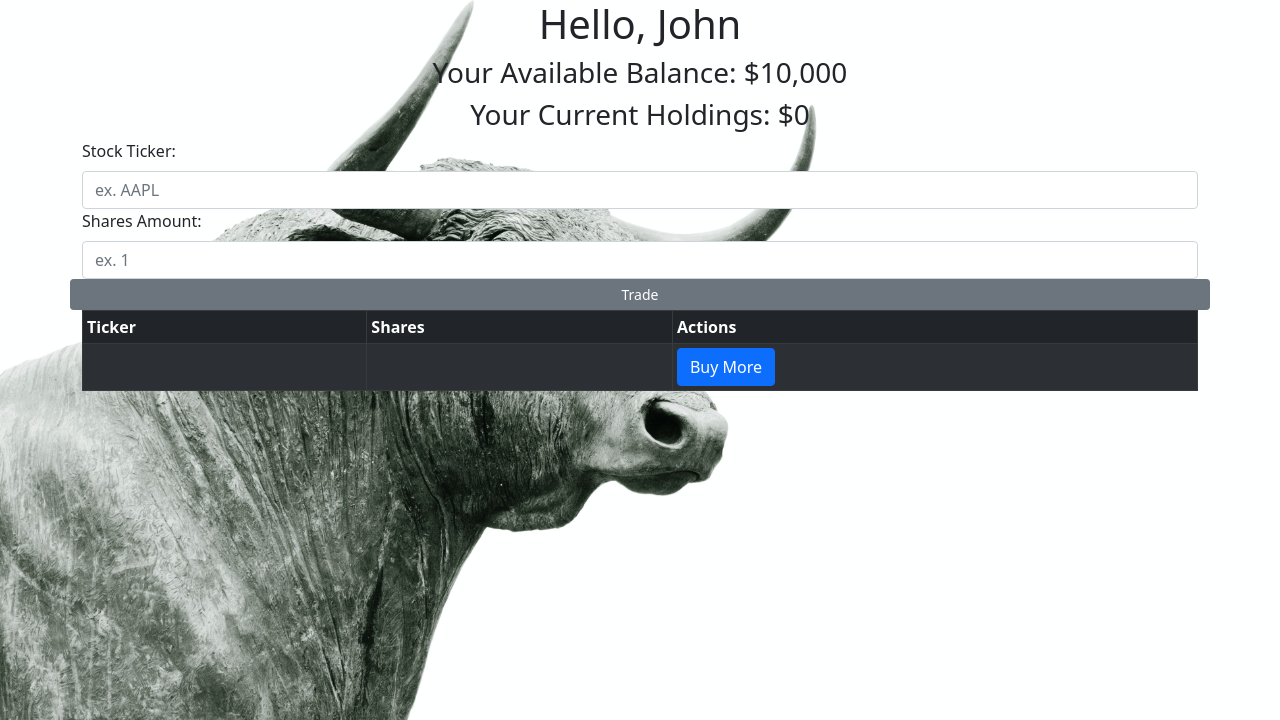
Repository: jmokate/stock-trading-app
Page: /
The author's editor kept a copy of each file at every save. The page is drawn from the files as they stood at one save, then again after a run of saves.
The browser window is 1280 px wide. The pictures show the whole page.
The project was rebuilt for these pictures with package versions that can differ from the ones it lists, and the page was loaded fresh each time. Also part of the build but not shown: src/Signup.js, src/Login.js, src/SplashPage.js.

Above is the page before, as saved 2021-09-18 21:02:14.

### src/App.js
import './App.css';
import SplashPage from './SplashPage.js';
import Dashboard from './Dashboard.js'

function App() {
  return (
    <div>
      <Dashboard />
      {/* <SplashPage /> */}
    </div>
  );
}

export default App;

### src/App.css
body {
	background: url("./images/bull.jpg");
	background-position: center center;
	background-repeat: no-repeat;
	background-attachment: fixed;
	background-size: cover;
}

/* .landing-text {
	text-align: center;
	margin-left: 500px;
} */

/* .img-size {
	max-width: 100%;
	max-height: 100%;
} */
/* figcaption {
	position: absolute;
	bottom: 10rem;
	margin: 0 2rem;
} */
.welcome-div {
	padding-top: 20rem;
}

### src/Dashboard.js
import React, {useState} from "react";
import './App.css';
import 'bootstrap/dist/css/bootstrap.min.css';
import {Container, Row, Button, Form, Table} from "react-bootstrap";

function Dashboard() {

  const [userInput, setUserInput] = useState({ticker: "", amount: null})
  const [buy, setBuy] = useState([])

  const handleUserInput = (event) => {
    const {name, value} = event.target;
    setUserInput(prevInputData => ({...prevInputData, [name]: value}))
  }
  const buyStock = (event) => {
    event.preventDefault();
    setBuy(prevBuy => [...prevBuy, userInput])}

    const stocks = buy.map(stock =>
      <div><td>{stock.ticker}</td>
      </div>
      )
    const stockAmount = buy.map(stock => <div>
      <td>{stock.amount}</td></div> )


  return (
    <Container className="user-info">
      <Row>
        <h1 className="text-center">Hello, John</h1>
        <h3 className="text-center">Your Available Balance: $10,000</h3>
        <h3 className="text-center">Your Current Holdings: $0</h3>
        <Form.Group onSubmit={buyStock}>
          <Form.Label>
            Stock Ticker:
          </Form.Label>
          <Form.Control type="text" placeholder="ex. AAPL" name="ticker" value={userInput.ticker} onChange={handleUserInput}></Form.Control>
          <Form.Label>
            Shares Amount:
          </Form.Label>
          <Form.Control type="number" placeholder="ex. 1" name="amount" value={userInput.amount} onChange={handleUserInput}></Form.Control>
        </Form.Group>
      </Row>
      <Row>
        <Button variant="secondary" size="sm" onClick={buyStock}>Trade</Button>
      </Row>

      <Table striped bordered hover size="sm" variant="dark">
      <thead>
        <tr>
          <th>Ticker</th>
          <th>Shares</th>
          <th>Actions</th>
        </tr>
      </thead>
      <tbody>
        <tr>
        <td>{stocks}</td>
        <td>{stockAmount}</td>
        <td><Button>Buy More</Button></td>
        </tr>
      </tbody>
    </Table>

    </Container>
  )
}

export default Dashboard;

Loaded but not shown: public/index.html (common file); src/index.js (common file); src/index.css (common file); src/reportWebVitals.js (common file)

After the next 2 saves:
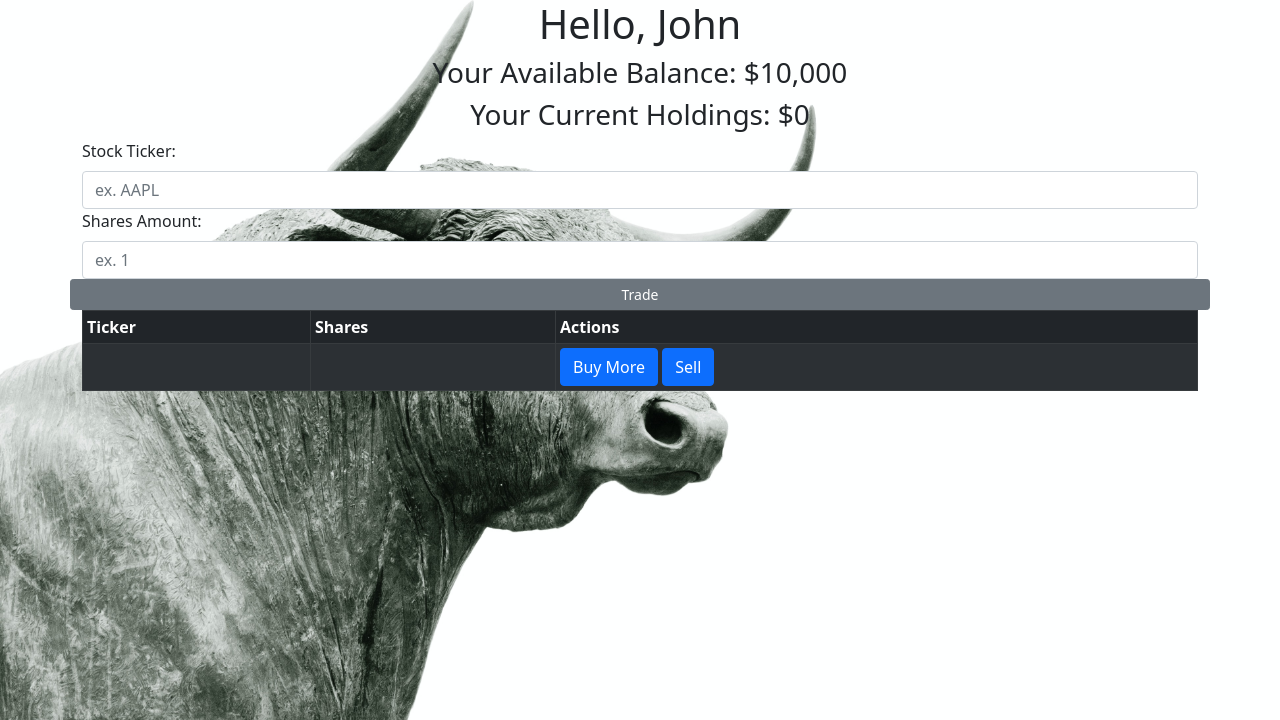
The 2 saves are shown as one change because 1 did not build or start.
The last was saved 40 s later.
--- a/src/Dashboard.js
+++ b/src/Dashboard.js
@@ -57,7 +57,7 @@
         <tr>
         <td>{stocks}</td>
         <td>{stockAmount}</td>
-        <td><Button>Buy More</Button></td>
+        <td><Button>Buy More</Button> <Button>Sell</Button></td>
         </tr>
       </tbody>
     </Table>
